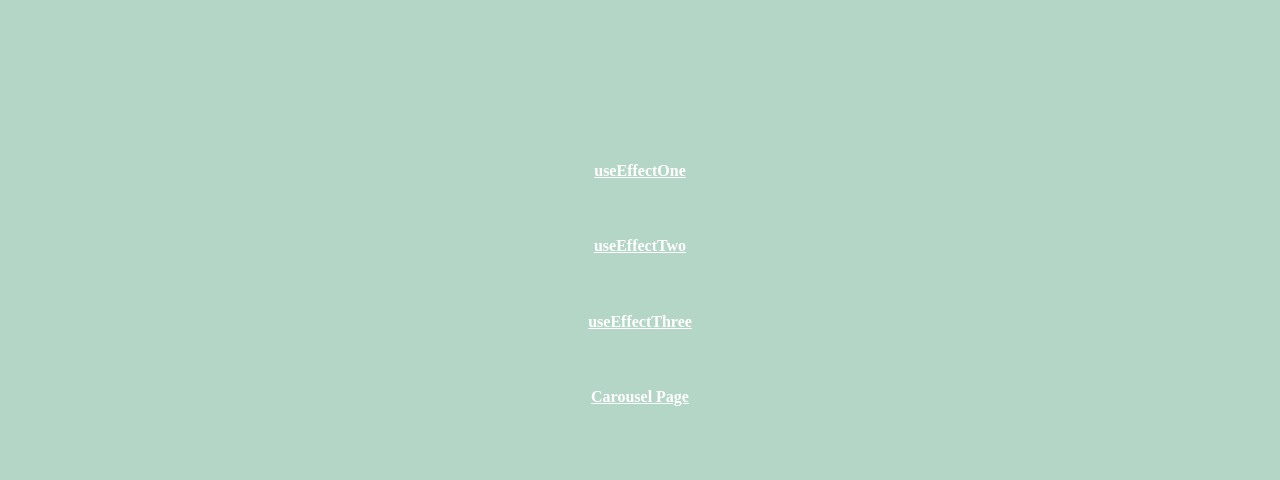
Repository: jennydmcm/useeffect-carousel
Page: /
The author's editor kept a copy of each file at every save. The page is drawn from the files as they stood at one save, then again after the next save.
The browser window is 1280 px wide. The pictures show the whole page.
The project was rebuilt for these pictures with package versions that can differ from the ones it lists, and the page was loaded fresh each time. The framework's server and built-in components were replaced by stand-ins that run in the browser. Also part of the build but not shown: next.config.js.

Above is the page before, as saved 2023-02-23 18:42:36.

After the next save:
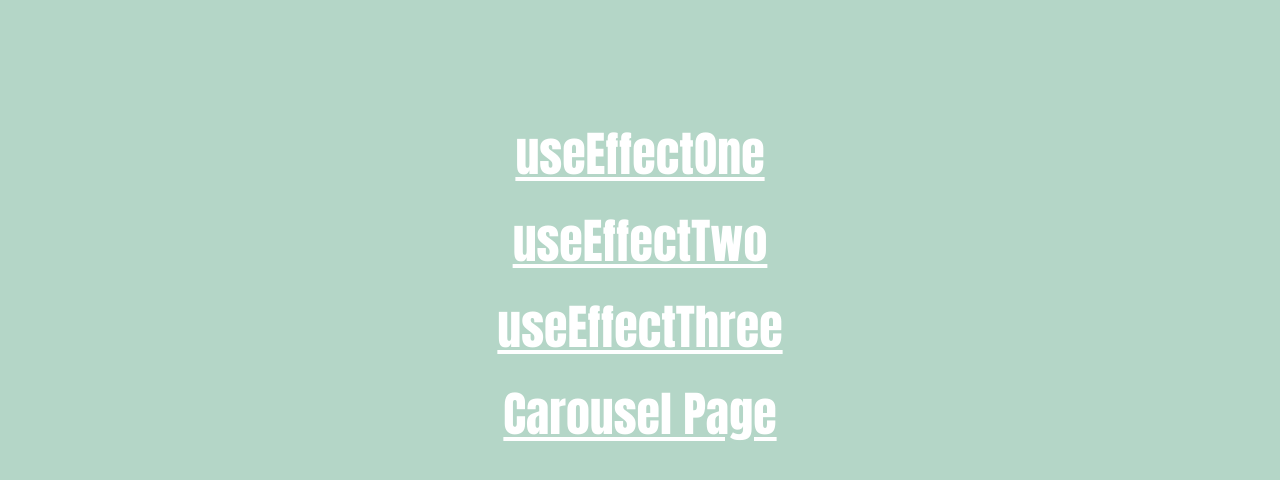
Saved 9 s later.
--- a/styles/Home.module.css
+++ b/styles/Home.module.css
@@ -8,7 +8,8 @@
 }
 
 .link {
-  font-family: Impact, Haettenschweiler, 'Arial Narrow Bold', sans-serif font-size: 3rem;
+  font-family: Impact, Haettenschweiler, 'Arial Narrow Bold', sans-serif;
+  font-size: 3rem;
   font-weight: bolder;
   color: white;
 }
